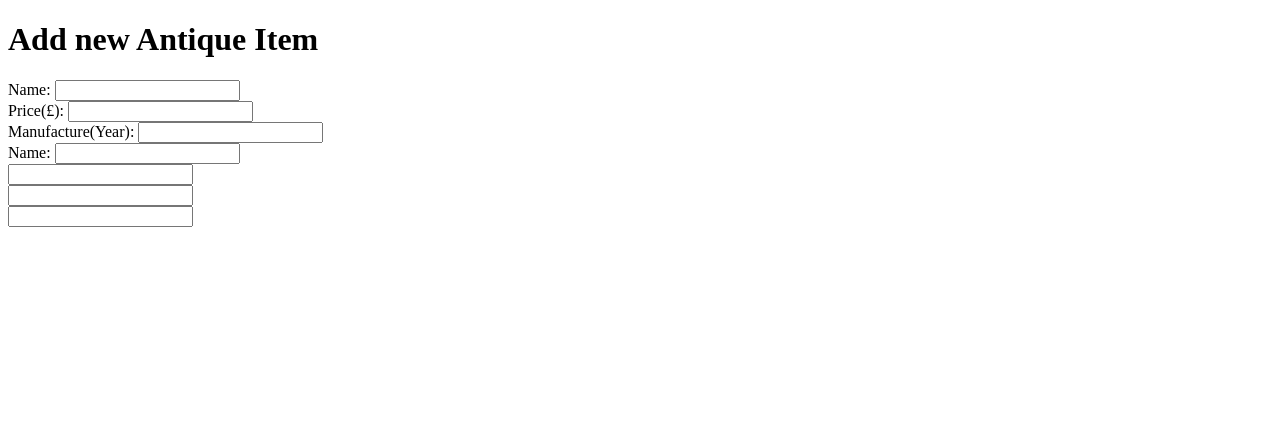
Repository: hidayatmansuri/antique-shop
Page: process/templates/addantique.html
The author's editor kept a record of every edit. The page is drawn from the files as they stood at one moment, then again after the next edit.
The browser window is 1280 px wide. The pictures show the whole page.

Above is the page before.

### process/templates/addantique.html
<!DOCTYPE html>
<html lang="en">
<head>
    <meta charset="UTF-8">
    <meta name="viewport" content="width=device-width, initial-scale=1.0">
    <meta http-equiv="X-UA-Compatible" content="ie=edge">
    <title>Document</title>
</head>
<body>
    <h1> Add new Antique Item </h1>
    <form method="POST">
        <label for="atq_name">Name: </label>
        <input type="text" id="atq_name" name="atq_name"/><br>
        <label for="atq_price">Price(£): </label>
        <input type="number" id="atq_price" name="atq_price"/><br>
        <label for="atq_manu">Manufacture(Year): </label>
        <input type="number" id="atq_manu" name="atq_manu"/><br>
        <label for="atq_name">Name: </label>
        <input type="text" id="atq_desc" name="atq_desc"/><br>
        <input type="number" id="atq_height" name="atq_height"/><br>
        <input type="text" id="atq_width" name="atq_width"/><br>
        <input type="text" id="atq_depth" name="atq_depth"/><br>
    </form>
</body>
</html>

After the next edit:
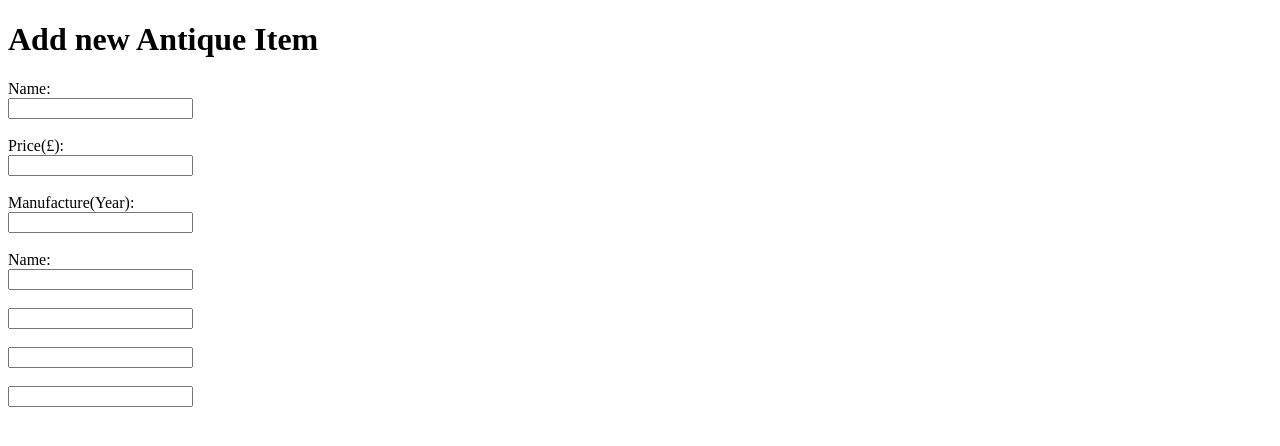
The edit:
--- a/process/templates/addantique.html
+++ b/process/templates/addantique.html
@@ -9,17 +9,17 @@
 <body>
     <h1> Add new Antique Item </h1>
     <form method="POST">
-        <label for="atq_name">Name: </label>
-        <input type="text" id="atq_name" name="atq_name"/><br>
-        <label for="atq_price">Price(£): </label>
-        <input type="number" id="atq_price" name="atq_price"/><br>
-        <label for="atq_manu">Manufacture(Year): </label>
-        <input type="number" id="atq_manu" name="atq_manu"/><br>
-        <label for="atq_name">Name: </label>
-        <input type="text" id="atq_desc" name="atq_desc"/><br>
-        <input type="number" id="atq_height" name="atq_height"/><br>
-        <input type="text" id="atq_width" name="atq_width"/><br>
-        <input type="text" id="atq_depth" name="atq_depth"/><br>
+        <label for="atq_name">Name: </label><br>
+        <input type="text" id="atq_name" name="atq_name"/><br><br>
+        <label for="atq_price">Price(£): </label><br>
+        <input type="number" id="atq_price" name="atq_price"/><br><br>
+        <label for="atq_manu">Manufacture(Year): </label><br>
+        <input type="number" id="atq_manu" name="atq_manu"/><br><br>
+        <label for="atq_name">Name: </label><br>
+        <input type="text" id="atq_desc" name="atq_desc"/><br><br>
+        <input type="number" id="atq_height" name="atq_height"/><br><br>
+        <input type="text" id="atq_width" name="atq_width"/><br><br>
+        <input type="text" id="atq_depth" name="atq_depth"/><br><br>
     </form>
 </body>
 </html>
